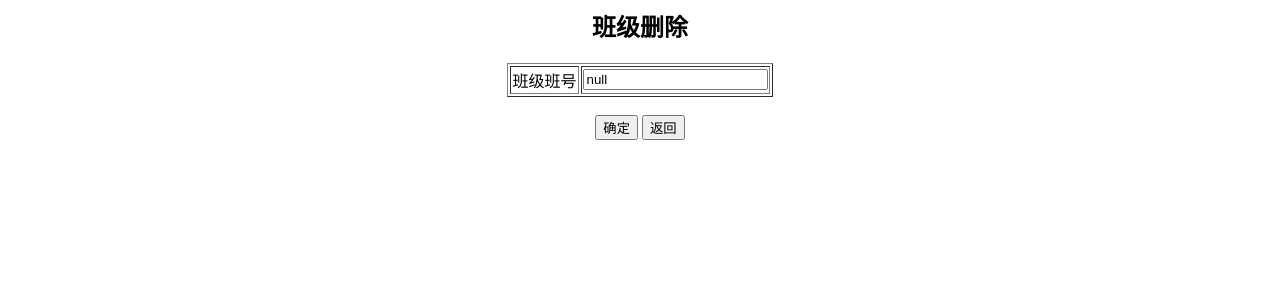
Repository: xzf-github/workspace
Page: http://localhost/sy4/classDel.jsp
The author's editor kept a copy of each file at every save. The page is drawn from the files as they stood at one save, then again after the next save.
The browser window is 1280 px wide. The pictures show the whole page.
The page is served by Tomcat 9.

Above is the page before, as saved 2023-12-27 10:25:44.

After the next save:
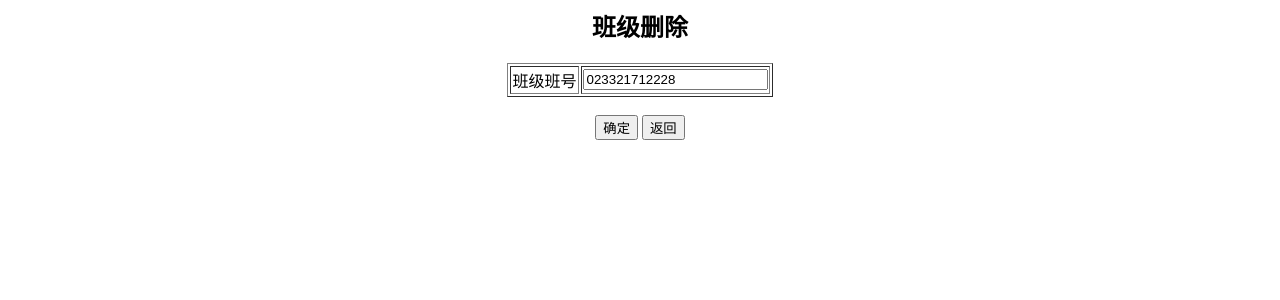
Saved 44 s later.
--- a/JavaServerPage/sy4/WebRoot/classDel.jsp
+++ b/JavaServerPage/sy4/WebRoot/classDel.jsp
@@ -14,7 +14,7 @@
   <h2 align="center">班级删除</h2>
 <form id="form1" name="form1" method="post" action="BjscServlet" onSubmit="return check(this)">
 	<table border="1">
-	<tr><td>班级班号</td><td><input name="bjbh" type="text" readonly  unselectable="on" value=<%=bjbh%>></td></tr>
+	<tr><td>班级班号</td><td><input name="bjbh" type="text" readonly  unselectable="on" value=023321712228></td></tr>
 	</table>
 	<br>
   	<input name="submit" type="submit"  value="确定" />
